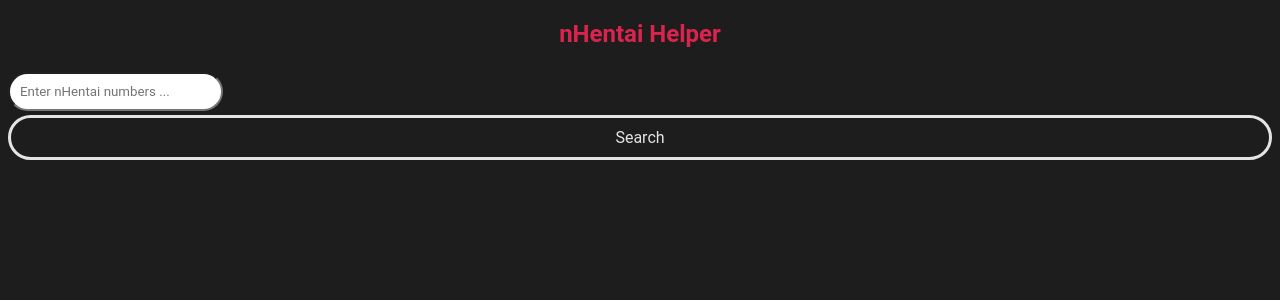
Repository: Lizadking/nHentai_Helper
Page: Mainpop.html
An editor plug-in stored every save of this project. The page is shown before and after the next save, followed by the edit.
The browser window is 1280 px wide. The pictures show the whole page.

Above is the page before, as saved 2021-08-06 23:31:27.

After the next save:
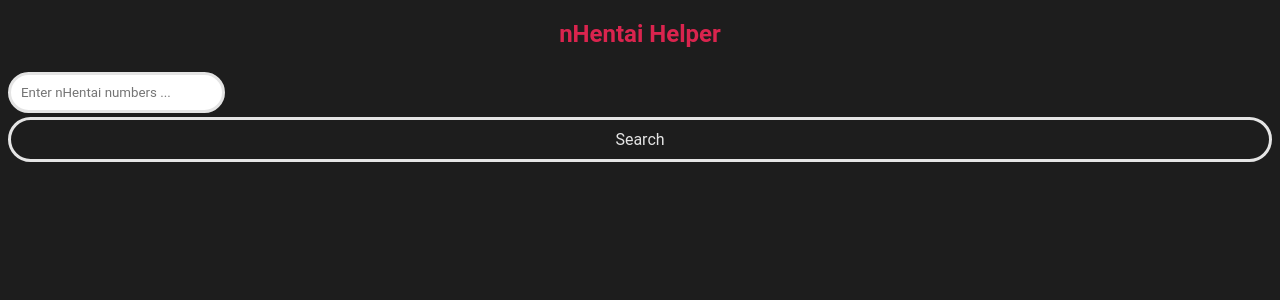
Saved 9 s later.
--- a/mainStylesheet.css
+++ b/mainStylesheet.css
@@ -13,7 +13,7 @@
 {
     padding: 8px 10px;
     padding: 10px;
-
+    border: 3px solid rgb(228, 228, 228);
     font-family: 'Roboto', sans-serif;
     color:rgb(228, 228, 228);
     margin:4px 0;
